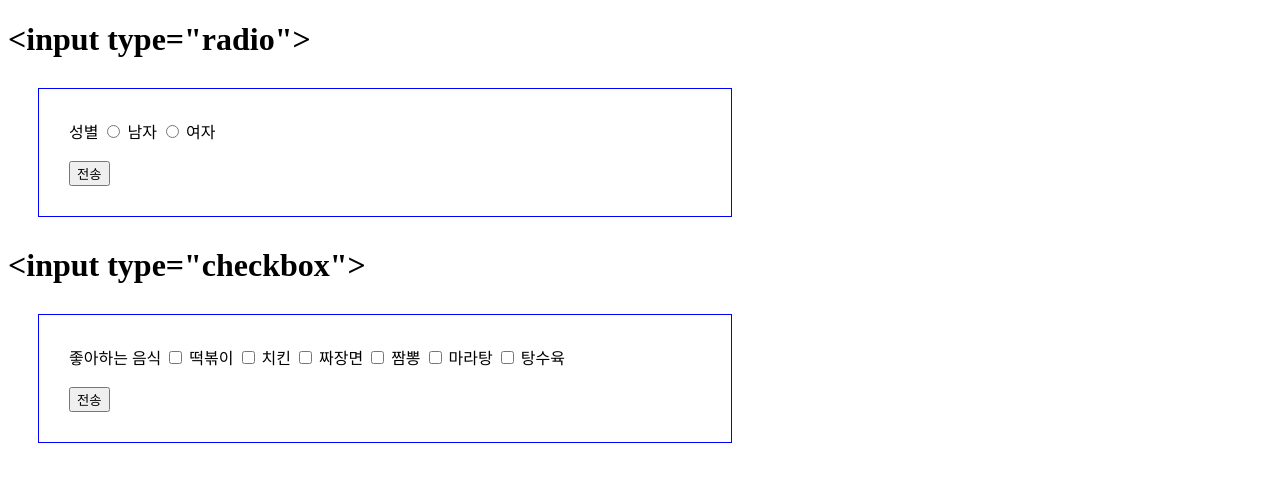
Repository: windy9109/FrontendClass
Page: webpro/src/main/webapp/0225/radio_checkbox.html
An editor plug-in stored every save of this project. The page is shown before and after the next save, followed by the edit.
The browser window is 1280 px wide. The pictures show the whole page.

Above is the page before, as saved 2022-02-25 07:47:32.

After the next save:
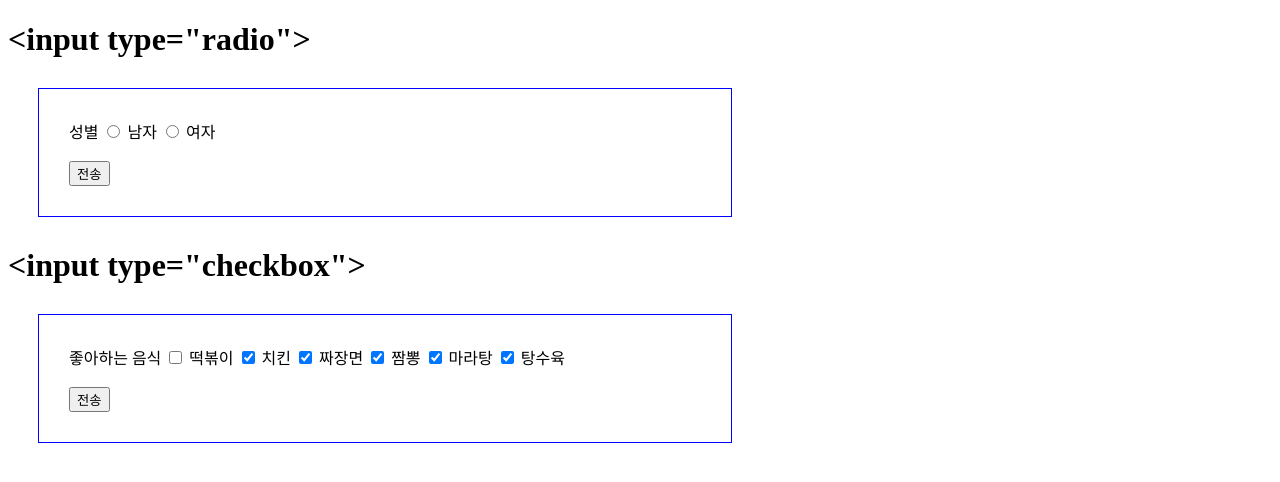
Saved 55 s later.
--- a/webpro/src/main/webapp/0225/radio_checkbox.html
+++ b/webpro/src/main/webapp/0225/radio_checkbox.html
@@ -31,12 +31,12 @@
 <h1>&lt;input type="checkbox"></h1>
 <form action ="radio.jsp" method="post">
 <label>좋아하는 음식</label>
-	<input type="checkbox" name="food" value="떡볶이"> 떡볶이
-	<input type="checkbox" name="food" value="치킨"> 치킨
-	<input type="checkbox" name="food" value="짜장면"> 짜장면
-	<input type="checkbox" name="food" value="짬뽕"> 짬뽕
-	<input type="checkbox" name="food" value="마라탕"> 마라탕
-	<input type="checkbox" name="food" value="탕수육"> 탕수육
+	<input type="checkbox" name="food" cheched="checksd" value="떡볶이"> 떡볶이
+	<input type="checkbox" name="food" checked="checked" value="치킨"> 치킨
+	<input type="checkbox" name="food" checked="checked"  value="짜장면"> 짜장면
+	<input type="checkbox" name="food" checked="checked" value="짬뽕"> 짬뽕
+	<input type="checkbox" name="food" checked="checked" value="마라탕"> 마라탕
+	<input type="checkbox" name="food" checked="checked" value="탕수육"> 탕수육
 	<br><br>
 
 

After the 2 saves that followed:
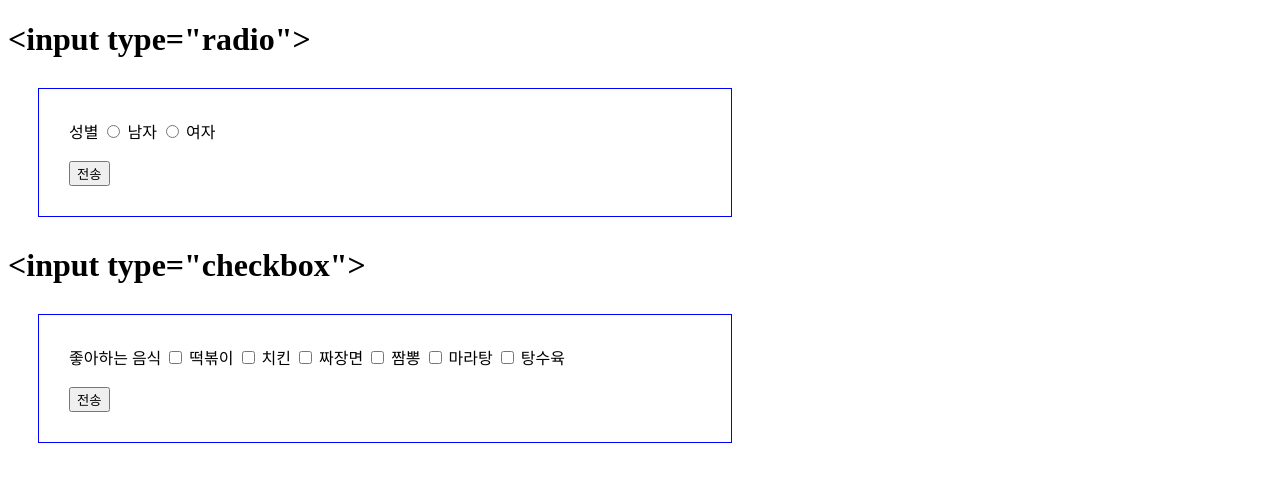
The 2 saves are shown as one change because 1 left the picture as it was.
The last was saved 83 s later.
--- a/webpro/src/main/webapp/0225/radio_checkbox.html
+++ b/webpro/src/main/webapp/0225/radio_checkbox.html
@@ -31,12 +31,12 @@
 <h1>&lt;input type="checkbox"></h1>
 <form action ="radio.jsp" method="post">
 <label>좋아하는 음식</label>
-	<input type="checkbox" name="food" cheched="checksd" value="떡볶이"> 떡볶이
-	<input type="checkbox" name="food" checked="checked" value="치킨"> 치킨
-	<input type="checkbox" name="food" checked="checked"  value="짜장면"> 짜장면
-	<input type="checkbox" name="food" checked="checked" value="짬뽕"> 짬뽕
-	<input type="checkbox" name="food" checked="checked" value="마라탕"> 마라탕
-	<input type="checkbox" name="food" checked="checked" value="탕수육"> 탕수육
+	<input type="checkbox" name="food" cheched value="떡볶이"> 떡볶이
+	<input type="checkbox" name="food" value="치킨"> 치킨
+	<input type="checkbox" name="food" value="짜장면"> 짜장면
+	<input type="checkbox" name="food" value="짬뽕"> 짬뽕
+	<input type="checkbox" name="food" value="마라탕"> 마라탕
+	<input type="checkbox" name="food" value="탕수육"> 탕수육
 	<br><br>
 
 
